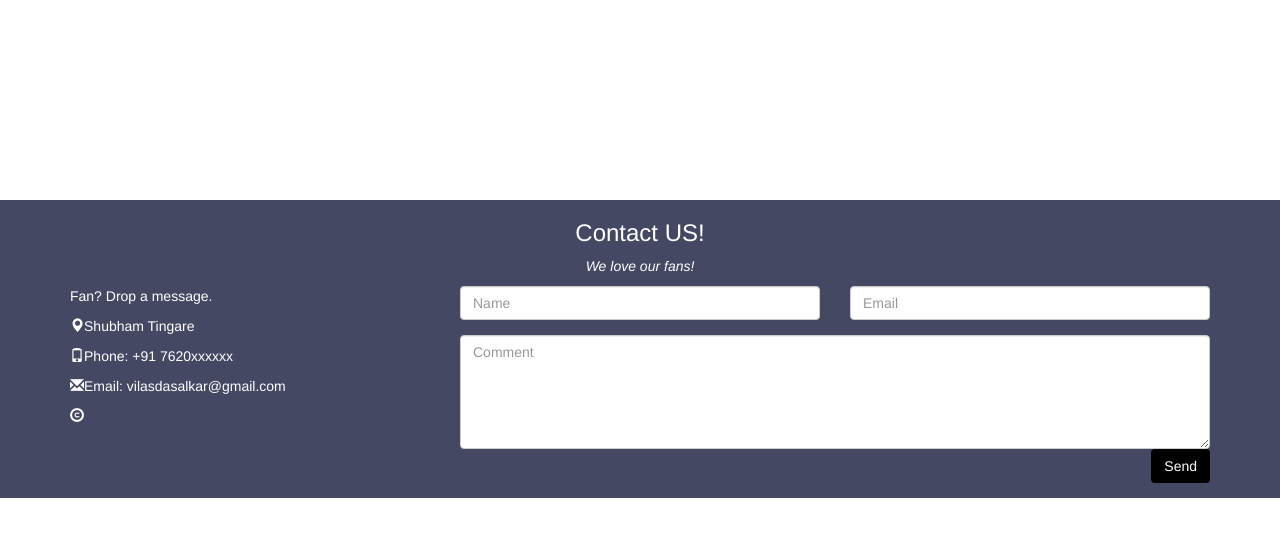
Repository: vilasdasalkar/RevaShop-Project-0
Page: RevShop/src/main/webapp/footer.html
The author's editor kept a copy of each file at every save. The page is drawn from the files as they stood at one save, then again after the next save.
The browser window is 1280 px wide. The pictures show the whole page.

Above is the page before, as saved 2024-08-30 07:45:03.

After the next save:
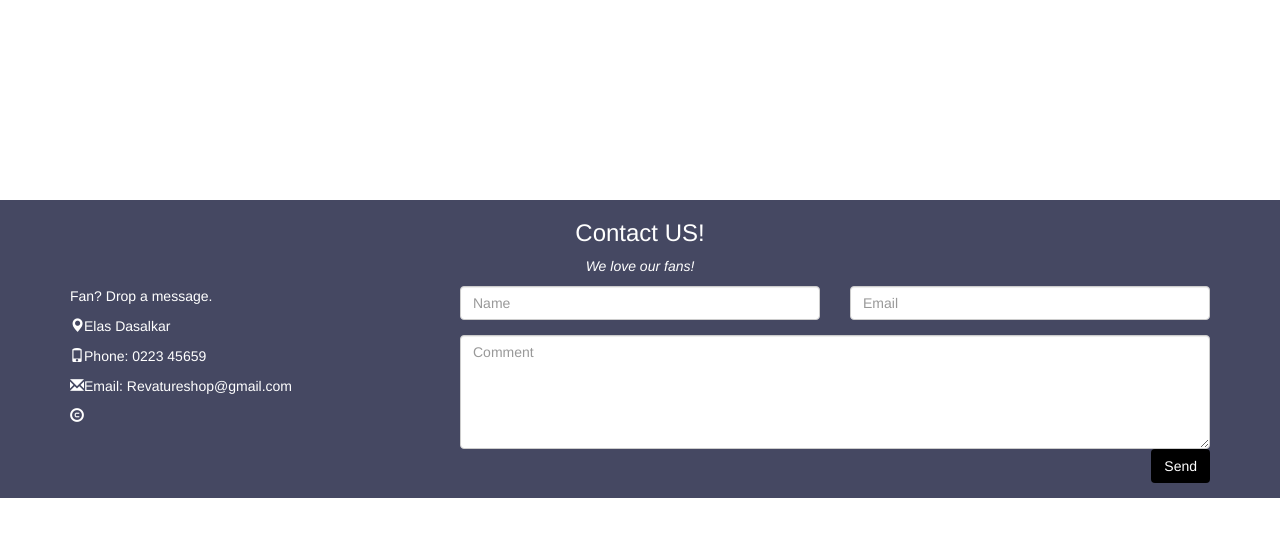
Saved 45 s later.
--- a/RevShop/src/main/webapp/footer.html
+++ b/RevShop/src/main/webapp/footer.html
@@ -27,15 +27,15 @@
 				<div class="col-md-4">
 					<p>Fan? Drop a message.</p>
 					<p>
-						<span class="glyphicon glyphicon-map-marker"></span>Shubham Tingare
+						<span class="glyphicon glyphicon-map-marker"></span>Elas Dasalkar
 					</p>
 					<p>
-						<span class="glyphicon glyphicon-phone"></span>Phone: +91
-						7620xxxxxx
+						<span class="glyphicon glyphicon-phone"></span>Phone: 0223 45659
+
 					</p>
 					<p>
 						<span class="glyphicon glyphicon-envelope"></span>Email:
-						vilasdasalkar@gmail.com
+						Revatureshop@gmail.com
 					</p>
 					<p>
 						<span class="glyphicon glyphicon-copyright-mark"></span>
